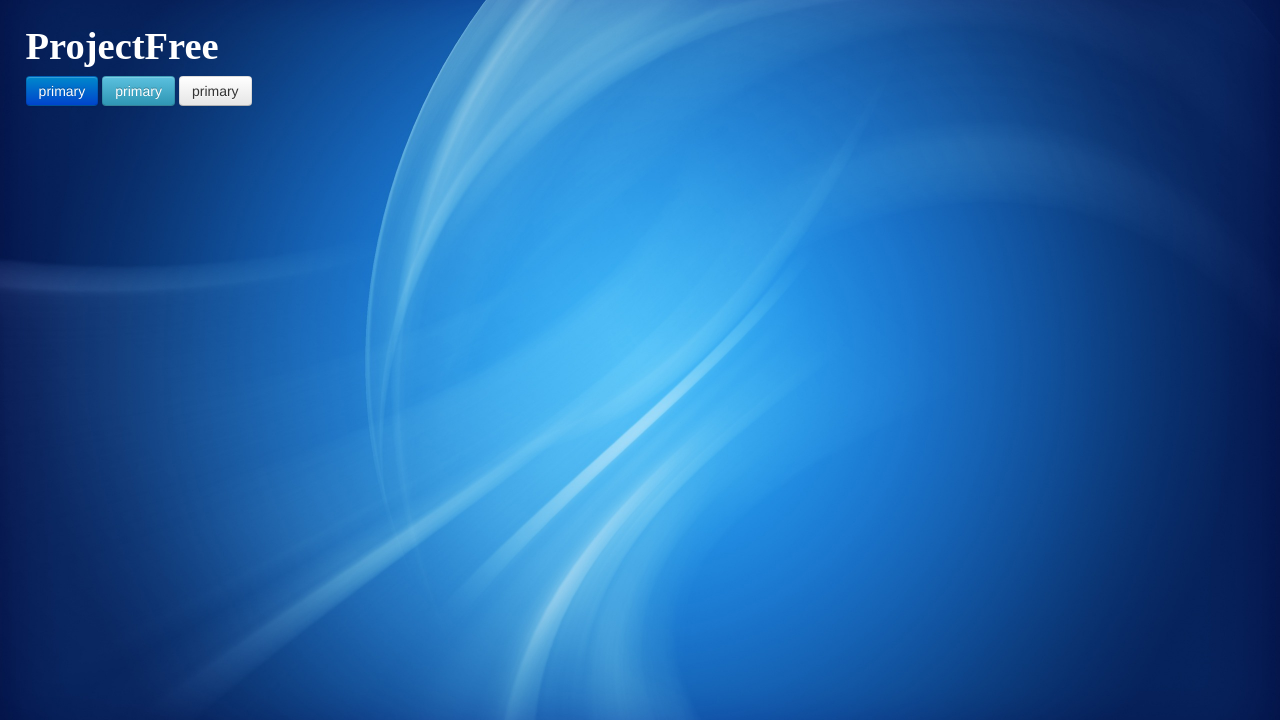
Repository: BrunoRB/ProjetoBanco
Page: http://localhost/templates/header.php
These files come from the project's save history. The page is drawn as it stood at one moment and after the next save; the edit follows.
The browser window is 1280 px wide. The pictures show the whole page.
The page is run by PHP 8.4 with error messages shown; the project is at /var/www/html/.

Above is the page before, as saved 2013-06-14 02:19:45.

After the next save:
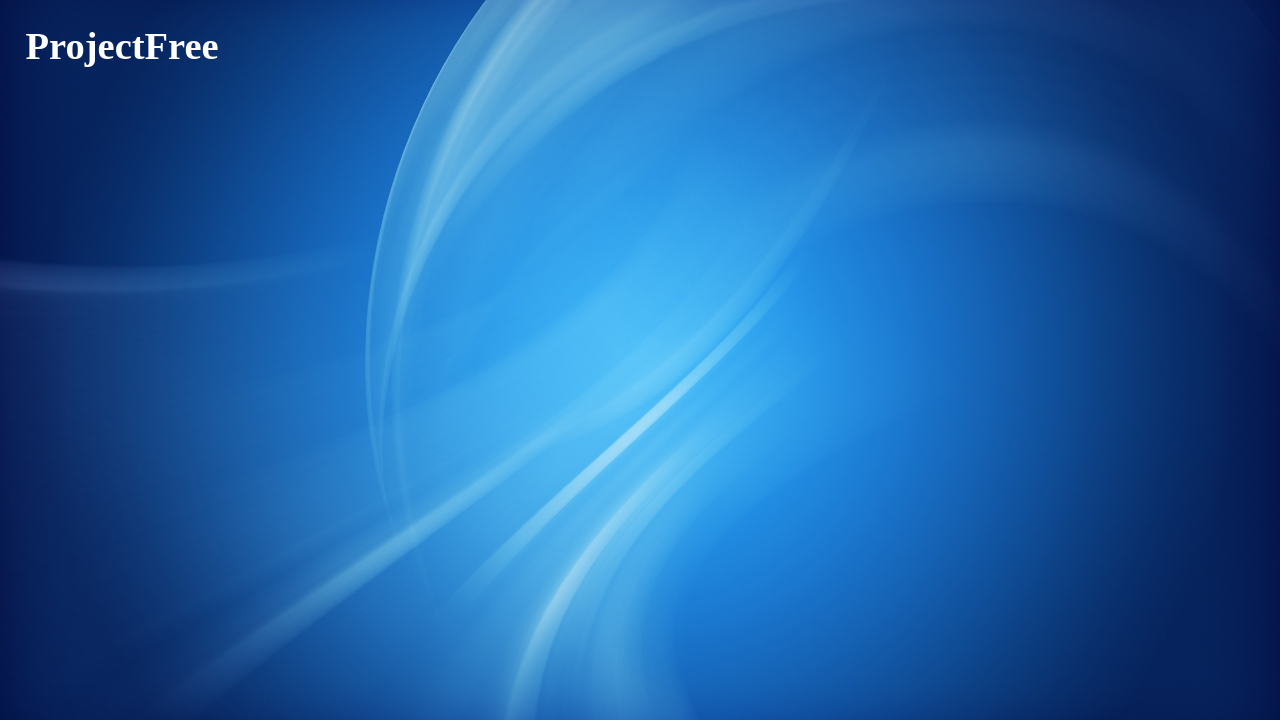
Saved 8 s later.
--- a/codigo/ProjectFree/templates/header.php
+++ b/codigo/ProjectFree/templates/header.php
@@ -19,7 +19,3 @@
 			</nav>
 
 		</header>
-
-<button type="button" class="btn btn-primary">primary</button>
-		<button type="button" class="btn btn-info">primary</button>
-		<button type="button" class="btn btn-sucess">primary</button>
